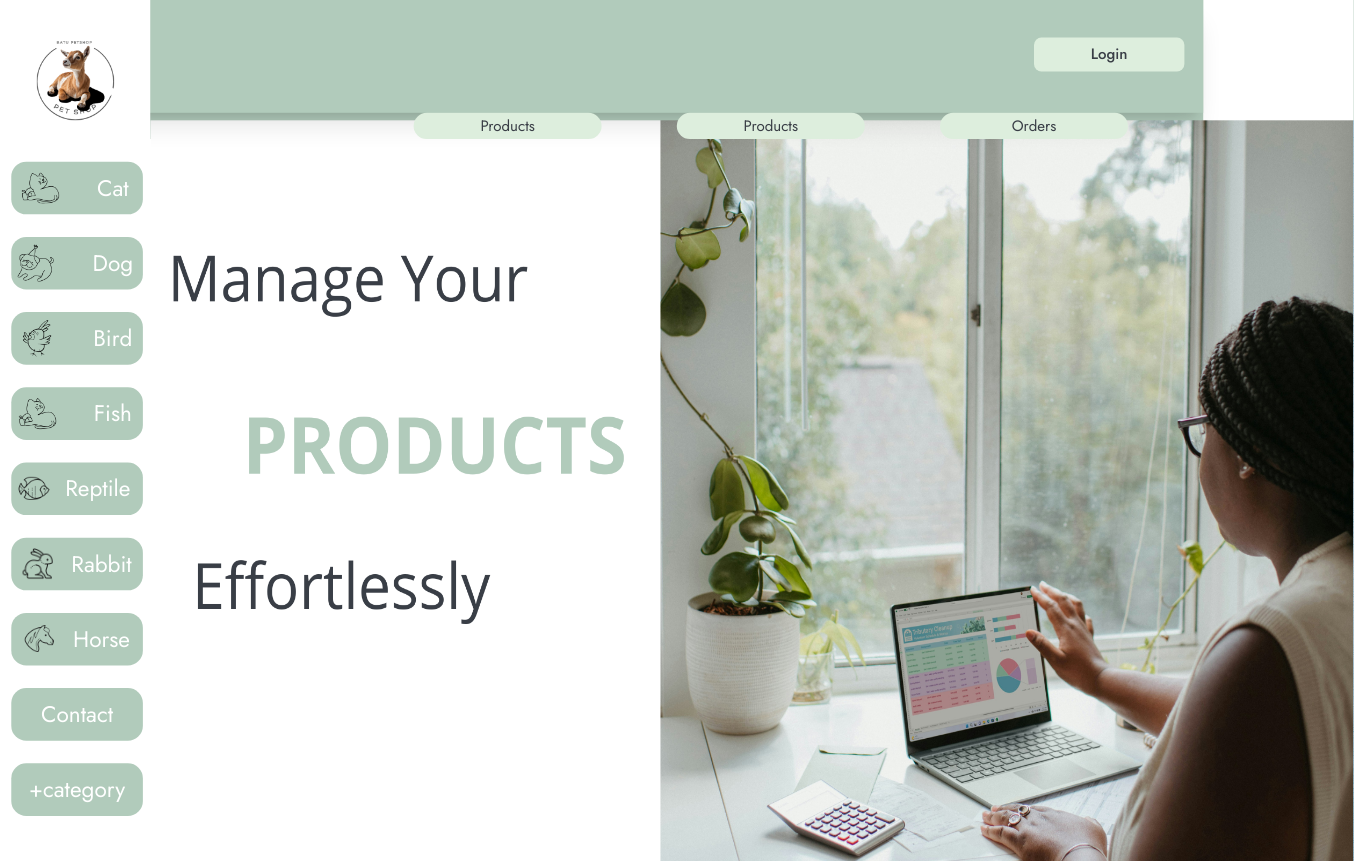
Repository: batu-call/batu-petshop
Page: /main (app in petshopp-appAdmin/admin/)
The author's editor kept a copy of each file at every save. The page is drawn from the files as they stood at one save, then again after a run of saves.
The browser window is 1280 px wide. The page is 1440 px wide, so the pictures cover 1440 px, including what lies to the right of the window. The pictures show the whole page, at 94% of full size.
The project was rebuilt for these pictures with package versions that can differ from the ones it lists, and the page was loaded fresh each time. The framework's server and built-in components were replaced by stand-ins that run in the browser. Also part of the build but not shown: petshopp-appAdmin/admin/next.config.ts.

Above is the page before, as saved 2025-09-21 01:49:22.

### petshopp-appAdmin/admin/src/app/layout.tsx
import type { Metadata } from "next";
import { Jost } from 'next/font/google';
import "./globals.css";

const jost = Jost({
  subsets: ['latin'],
  weight: ['400', '500', '700'],
});


export const metadata: Metadata = {
  title: "Batu Petshop AdminPanel",
  description: "Generated by create next app",
   icons: {
    icon: '/favicon.ico',
  },
};

export default function RootLayout({
  children,
}: Readonly<{
  children: React.ReactNode;
}>) {
  return (
    <html lang="en">
      <body
        className={`antialiased ${jost.className}`}
      >
        {children}
      </body>
    </html>
  );
}

### petshopp-appAdmin/admin/src/app/main/layout.tsx
import Main from "./controller/Main"

export default function MainLayout({ children }: { children: React.ReactNode }) {
  return <Main>{children}</Main>
}

### petshopp-appAdmin/admin/src/app/main/page.tsx
import React from 'react'
import Main from './controller/Main'


const page = () => {
  return (
    <div>
        <Main />
    </div>
  )
}

export default page

### petshopp-appAdmin/admin/src/app/globals.css
@import "tailwindcss";
@import "tw-animate-css";

@custom-variant dark (&:is(.dark *));

@layer utilities {
  .bg-primary {
    background-color: #B1CBBB;
  }
  .bg-secondary {
    background-color: #DDEEDD;
  }
  .bg-secondary_20 {
    background-color: rgba(221, 238, 221, 0.2);
  }
  .text-jost {
    font-family: 'Jost',sans-serif;
  }
  .text-color {
    color: #393E46;
  }
  .text-color2 {
    color: #B1CBBB;
  }
}

body {
  font-family: 'Jost', Arial, Helvetica, sans-serif
}

@theme inline {
  --radius-sm: calc(var(--radius) - 4px);
  --radius-md: calc(var(--radius) - 2px);
  --radius-lg: var(--radius);
  --radius-xl: calc(var(--radius) + 4px);
  --color-background: var(--background);
  --color-foreground: var(--foreground);
  --color-card: var(--card);
  --color-card-foreground: var(--card-foreground);
  --color-popover: var(--popover);
  --color-popover-foreground: var(--popover-foreground);
  --color-primary: var(--primary);
  --color-primary-foreground: var(--primary-foreground);
  --color-secondary: var(--secondary);
  --color-secondary-foreground: var(--secondary-foreground);
  --color-muted: var(--muted);
  --color-muted-foreground: var(--muted-foreground);
  --color-accent: var(--accent);
  --color-accent-foreground: var(--accent-foreground);
  --color-destructive: var(--destructive);
  --color-border: var(--border);
  --color-input: var(--input);
  --color-ring: var(--ring);
  --color-chart-1: var(--chart-1);
  --color-chart-2: var(--chart-2);
  --color-chart-3: var(--chart-3);
  --color-chart-4: var(--chart-4);
  --color-chart-5: var(--chart-5);
  --color-sidebar: var(--sidebar);
  --color-sidebar-foreground: var(--sidebar-foreground);
  --color-sidebar-primary: var(--sidebar-primary);
  --color-sidebar-primary-foreground: var(--sidebar-primary-foreground);
  --color-sidebar-accent: var(--sidebar-accent);
  --color-sidebar-accent-foreground: var(--sidebar-accent-foreground);
  --color-sidebar-border: var(--sidebar-border);
  --color-sidebar-ring: var(--sidebar-ring);
}

:root {
  --radius: 0.625rem;
  --background: oklch(1 0 0);
  --foreground: oklch(0.145 0 0);
  --card: oklch(1 0 0);
  --card-foreground: oklch(0.145 0 0);
  --popover: oklch(1 0 0);
  --popover-foreground: oklch(0.145 0 0);
  --primary: oklch(0.205 0 0);
  --primary-foreground: oklch(0.985 0 0);
  --secondary: oklch(0.97 0 0);
  --secondary-foreground: oklch(0.205 0 0);
  --muted: oklch(0.97 0 0);
  --muted-foreground: oklch(0.556 0 0);
  --accent: oklch(0.97 0 0);
  --accent-foreground: oklch(0.205 0 0);
  --destructive: oklch(0.577 0.245 27.325);
  --border: oklch(0.922 0 0);
  --input: oklch(0.922 0 0);
  --ring: oklch(0.708 0 0);
  --chart-1: oklch(0.646 0.222 41.116);
  --chart-2: oklch(0.6 0.118 184.704);
  --chart-3: oklch(0.398 0.07 227.392);
  --chart-4: oklch(0.828 0.189 84.429);
  --chart-5: oklch(0.769 0.188 70.08);
  --sidebar: oklch(0.985 0 0);
  --sidebar-foreground: oklch(0.145 0 0);
  --sidebar-primary: oklch(0.205 0 0);
  --sidebar-primary-foreground: oklch(0.985 0 0);
  --sidebar-accent: oklch(0.97 0 0);
  --sidebar-accent-foreground: oklch(0.205 0 0);
  --sidebar-border: oklch(0.922 0 0);
  --sidebar-ring: oklch(0.708 0 0);
}

.dark {
  --background: oklch(0.145 0 0);
  --foreground: oklch(0.985 0 0);
  --card: oklch(0.205 0 0);
  --card-foreground: oklch(0.985 0 0);
  --popover: oklch(0.205 0 0);
  --popover-foreground: oklch(0.985 0 0);
  --primary: oklch(0.922 0 0);
  --primary-foreground: oklch(0.205 0 0);
  --secondary: oklch(0.269 0 0);
  --secondary-foreground: oklch(0.985 0 0);
  --muted: oklch(0.269 0 0);
  --muted-foreground: oklch(0.708 0 0);
  --accent: oklch(0.269 0 0);
  --accent-foreground: oklch(0.985 0 0);
  --destructive: oklch(0.704 0.191 22.216);
  --border: oklch(1 0 0 / 10%);
  --input: oklch(1 0 0 / 15%);
  --ring: oklch(0.556 0 0);
  --chart-1: oklch(0.488 0.243 264.376);
  --chart-2: oklch(0.696 0.17 162.48);
  --chart-3: oklch(0.769 0.188 70.08);
  --chart-4: oklch(0.627 0.265 303.9);
  --chart-5: oklch(0.645 0.246 16.439);
  --sidebar: oklch(0.205 0 0);
  --sidebar-foreground: oklch(0.985 0 0);
  --sidebar-primary: oklch(0.488 0.243 264.376);
  --sidebar-primary-foreground: oklch(0.985 0 0);
  --sidebar-accent: oklch(0.269 0 0);
  --sidebar-accent-foreground: oklch(0.985 0 0);
  --sidebar-border: oklch(1 0 0 / 10%);
  --sidebar-ring: oklch(0.556 0 0);
}

@layer base {
  * {
    @apply border-border outline-ring/50;
  }
  body {
    @apply bg-background text-foreground;
  }
}

### petshopp-appAdmin/admin/src/app/main/controller/Main.tsx
import React from 'react'
import Navbar from '../../Navbar/page'
import Sidebar from '../../Sidebar/page'
import Image from 'next/image'

//1743
const Main = () => {
  return (
    <div className='w-full h-screen bg-primary'>
      {/* Navbar */}
      <Navbar />
      {/* Catgeory */}
      <Sidebar />
      <Image src={"/admin-banner3.png"} alt='admin-banner' width={1760} height={600} className='ml-40 mt-2 h-197'/>
    </div>
  )
}

export default Main

### petshopp-appAdmin/admin/src/app/Navbar/page.tsx
"use client"
import React, { useState } from 'react'
import Link from 'next/link'
import Image from 'next/image'
import { Button } from "@/components/ui/button"





const Page = () => {

  const [open, setOpen] = useState(false)

  return (
    <div>
      <div className='w-full h-30 bg-primary shadow-xl relative'>
        {/* Image */}
        <Link href={"/main"}>
      <div className='fixed'>
        <Image  src={"/logo.png"} alt='main-icon' width={500} height={500} className='flex justify-center items-center w-40 h-40'/>
      </div>
      </Link>
      {/* Image */}

      {/* Button */}
      <div className='absolute top-10 right-45'>
        <Button className='absolute cursor-pointer bg-secondary text-color w-40 text-base hover:bg-secondary'>Login</Button>
      </div>

      </div>
      <div className='flex gap-20 items-center justify-center absolute right-20'>
      {/* Buton + dropdown*/}
     <div
      className="relative inline-block"
      onMouseEnter={() => setOpen(true)}
      onMouseLeave={() => setOpen(false)}
    >
      {/* Buton */}
      <div className="w-50 h-7 rounded-xl bg-secondary flex items-center justify-center cursor-pointer">
        <h3 className="text-color text-jost">Products</h3>
      </div>

      {/* Dropdown */}
      {open && (
        <div className="absolute left-0 mt-1 w-50 bg-white shadow-lg rounded-xl z-10">
          <ul className="flex flex-col">
            <Link href="/AddProduct">
              <li>
                <a className="block px-4 py-2 hover:bg-gray-200 border-b-2 border-secondary">
                  Add Product
                </a>
              </li>
            </Link>
              <li>
                <a className="block px-4 py-2 hover:bg-gray-200 border-b-2 border-secondary">
                  All Products
                </a>
              </li>
              <li>
                <a className="block px-4 py-2 hover:bg-gray-200">Product Stats</a>
              </li>
          </ul>
        </div>
      )}
    </div>

           <div className="relative inline-block">
      {/* Buton + dropdown*/}
      <div className="group relative">
        <div className="w-50 h-7 rounded-xl bg-secondary flex items-center justify-center cursor-pointer">
          <h3 className="text-color text-jost">Products</h3>
        </div>

        {/* Dropdown */}
        <div className="absolute left-0 hidden group-hover:block mt-1 w-50 bg-white shadow-lg rounded-xl z-10">
          <ul className="flex flex-col">
            <Link href={"/AddProduct"}>
            <li>
                <a className="block px-4 py-2 hover:bg-gray-200 border-secondary border-b-2">Add Product</a>
            </li>
            </Link>
            <li>

                <a className="block px-4 py-2 hover:bg-gray-200 border-secondary border-b-2">All Products</a>

            </li>
            <li>

                <a className="block px-4 py-2 hover:bg-gray-200">Product Stats</a>

            </li>
          </ul>
        </div>
      </div>
    </div>

           <div className="relative inline-block">
      {/* Buton + dropdown*/}
      <div className="group relative">
        <div className="w-50 h-7 rounded-xl bg-secondary flex items-center justify-center cursor-pointer">
          <h3 className="text-color text-jost">Orders</h3>
        </div>

        {/* Dropdown */}
        <div className="absolute left-0 hidden group-hover:block mt-1 w-50 bg-white shadow-lg rounded-xl z-10">
          <ul className="flex flex-col">
            <li>
                <a className="block px-4 py-2 hover:bg-gray-200 border-secondary border-b-2">All Orders</a>

            </li>
            <li>

                <a className="block px-4 py-2 hover:bg-gray-200 border-secondary border-b-2">Processing Orders</a>

            </li>
            <li>

                <a className="block px-4 py-2 hover:bg-gray-200">Completed Orders</a>

            </li>
             <li>

                <a className="block px-4 py-2 hover:bg-gray-200">Order Stats</a>

            </li>
          </ul>
        </div>
      </div>
    </div>
      </div>
    </div>
  )
}

export default Page

### petshopp-appAdmin/admin/src/app/Sidebar/page.tsx
import React from 'react'
import Link from 'next/link'
import Image from 'next/image'

const page = () => {
  return (
    <div>
        <div className='w-40 h-screen bg-white fixed mt-7'>
        {/* Cat */}
        <Link href={"/Cat"}>
      <div className='bg-primary inline-block p-2 items-center mt-6 ml-3 rounded-2xl w-35'>
        <div className='flex gap-9 items-center justify-center'>
       <Image src="/cat_7721779.png" alt='cat-image'
       height={40}
       width={40}
       />
       <h2 className='text-2xl text-jost text-white p-1'>Cat</h2>
      </div>
      </div>
      </Link>
      {/* Dog */}
         <Link href={"/Dog"}>
       <div className='bg-primary inline-block p-2 items-center mt-6 ml-3 rounded-2xl w-35'>
        <div className='flex gap-9 items-center justify-center'>
       <Image src="/dog.png" alt='cat-image'
       height={40}
       width={40}
       />
       <h2 className='text-2xl text-jost text-white p-1'>Dog</h2>
      </div>
      </div>
      </Link>
      {/* BİRD */}
         <Link href={"/Bird"}>
       <div className='bg-primary inline-block p-2 items-center mt-6 ml-3 rounded-2xl w-35'>
        <div className='flex gap-9 items-center justify-center'>
       <Image src="/bird.png" alt='cat-image'
       height={40}
       width={40}
       />
       <h2 className='text-2xl text-jost text-white p-1'>Bird</h2>
      </div>
      </div>
      </Link>
      {/* FİSH */}
         <Link href={"/Fish"}>
       <div className='bg-primary inline-block p-2 items-center mt-6 ml-3 rounded-2xl w-35'>
        <div className='flex gap-9 items-center justify-center'>
       <Image src="/cat_7721779.png" alt='cat-image'
       height={40}
       width={40}
       />
       <h2 className='text-2xl text-jost text-white p-1'>Fish</h2>
      </div>
      </div>
      </Link>
      {/* Reptile */}
         <Link href={"/Reptile"}>
       <div className='bg-primary inline-block p-2 items-center mt-6 ml-3 rounded-2xl w-35'>
        <div className='flex gap-3 items-center justify-center'>
       <Image src="/fish.png" alt='cat-image'
       height={40}
       width={40}
       />
       <h2 className='text-2xl text-jost text-white mr-2'>Reptile</h2>
      </div>
      </div>
      </Link>
      {/* Rabbit */}
         <Link href={"/Rabbit"}>
       <div className='bg-primary inline-block p-2 items-center mt-6 ml-3 rounded-2xl w-35'>
        <div className='flex gap-3 items-center justify-center'>
       <Image src="/rabbit2.png" alt='cat-image'
       height={40}
       width={40}
       />
       <h2 className='text-2xl text-jost text-white p-1'>Rabbit</h2>
      </div>
      </div>
      </Link>
      {/* Horse */}
         <Link href={"/Horse"}>
       <div className='bg-primary inline-block p-2 items-center mt-6 ml-3 rounded-2xl w-35'>
        <div className='flex gap-3 items-center justify-center'>
       <Image src="/horse.png" alt='cat-image'
       height={40}
       width={40}
       />
       <h2 className='text-2xl text-jost text-white p-1'>Horse</h2>
      </div>
      </div>
      </Link>
      {/* Contact */}
         <Link href={"/Contact"}>
       <div className='bg-primary inline-block p-2 items-center mt-6 ml-3 rounded-2xl w-35'>
        <div className='flex gap-3 items-center justify-center'>
       <h2 className='text-2xl text-jost text-white p-1'>Contact</h2>
      </div>
      </div>
      </Link>
      {/* +category */}
       <div className='bg-primary inline-block p-2 items-center mt-6 ml-3 rounded-2xl w-35'>
        <div className='flex gap-3 items-center justify-center'>
       <h2 className='text-2xl text-jost text-white p-1'>+category</h2>
      </div>
      </div>
    </div>
    </div>
  )
}

export default page

### petshopp-appAdmin/admin/src/components/ui/button.tsx
import * as React from "react"
import { Slot } from "@radix-ui/react-slot"
import { cva, type VariantProps } from "class-variance-authority"

import { cn } from "@/lib/utils"

const buttonVariants = cva(
  "inline-flex items-center justify-center gap-2 whitespace-nowrap rounded-md text-sm font-medium transition-all disabled:pointer-events-none disabled:opacity-50 [&_svg]:pointer-events-none [&_svg:not([class*='size-'])]:size-4 shrink-0 [&_svg]:shrink-0 outline-none focus-visible:border-ring focus-visible:ring-ring/50 focus-visible:ring-[3px] aria-invalid:ring-destructive/20 dark:aria-invalid:ring-destructive/40 aria-invalid:border-destructive",
  {
    variants: {
      variant: {
        default: "bg-primary text-primary-foreground hover:bg-primary/90",
        destructive:
          "bg-destructive text-white hover:bg-destructive/90 focus-visible:ring-destructive/20 dark:focus-visible:ring-destructive/40 dark:bg-destructive/60",
        outline:
          "border bg-background shadow-xs hover:bg-accent hover:text-accent-foreground dark:bg-input/30 dark:border-input dark:hover:bg-input/50",
        secondary:
          "bg-secondary text-secondary-foreground hover:bg-secondary/80",
        ghost:
          "hover:bg-accent hover:text-accent-foreground dark:hover:bg-accent/50",
        link: "text-primary underline-offset-4 hover:underline",
      },
      size: {
        default: "h-9 px-4 py-2 has-[>svg]:px-3",
        sm: "h-8 rounded-md gap-1.5 px-3 has-[>svg]:px-2.5",
        lg: "h-10 rounded-md px-6 has-[>svg]:px-4",
        icon: "size-9",
      },
    },
    defaultVariants: {
      variant: "default",
      size: "default",
    },
  }
)

function Button({
  className,
  variant,
  size,
  asChild = false,
  ...props
}: React.ComponentProps<"button"> &
  VariantProps<typeof buttonVariants> & {
    asChild?: boolean
  }) {
  const Comp = asChild ? Slot : "button"

  return (
    <Comp
      data-slot="button"
      className={cn(buttonVariants({ variant, size, className }))}
      {...props}
    />
  )
}

export { Button, buttonVariants }

Loaded but not shown: petshopp-appAdmin/admin/src/lib/utils.ts (common file)

After the next 2 saves:
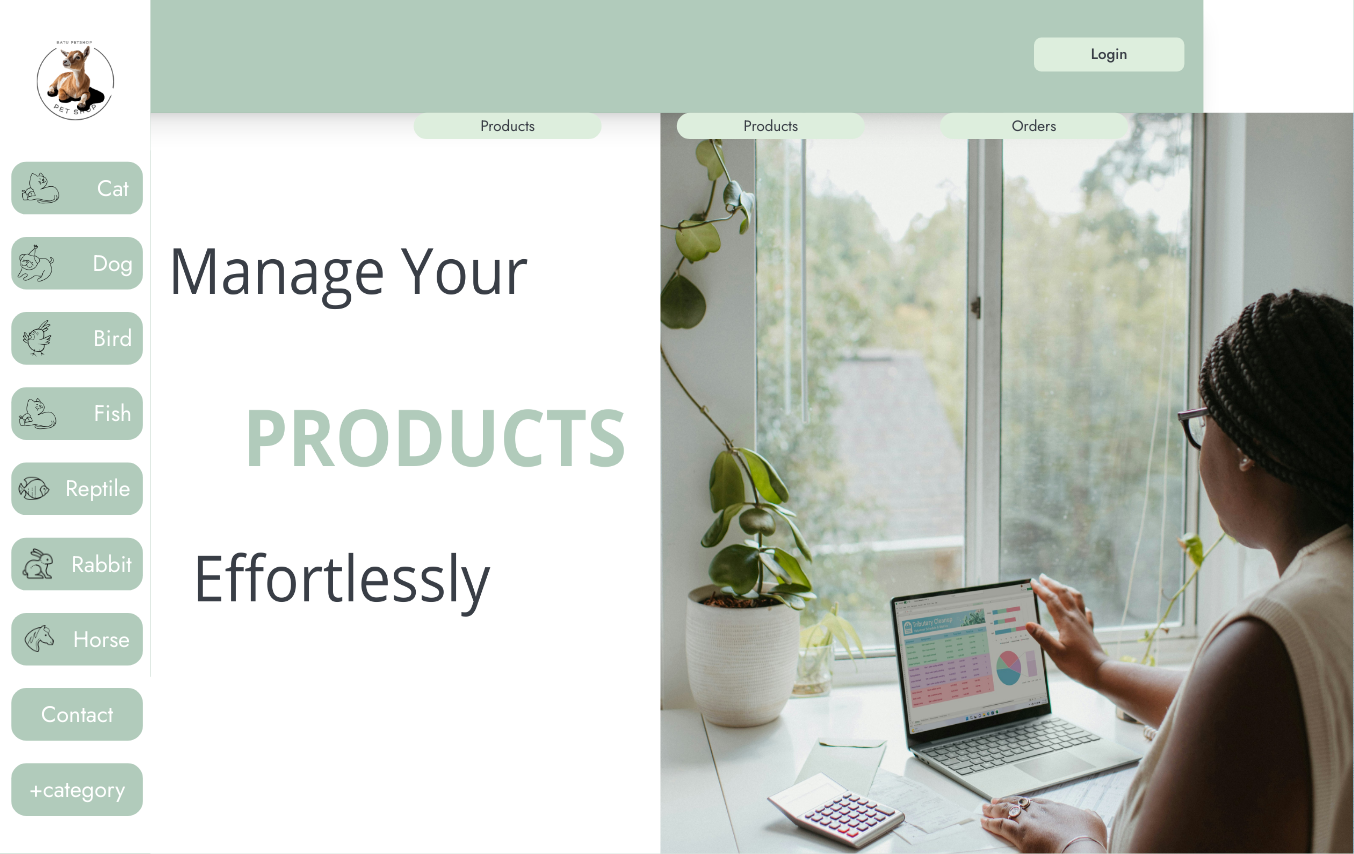
The 2 saves are shown as one change because they came seconds apart.
The last was saved 7 s later.
--- a/petshopp-appAdmin/admin/src/app/main/controller/Main.tsx
+++ b/petshopp-appAdmin/admin/src/app/main/controller/Main.tsx
@@ -11,7 +11,7 @@ const Main = () => {
       <Navbar />
       {/* Catgeory */}
       <Sidebar />
-      <Image src={"/admin-banner3.png"} alt='admin-banner' width={1760} height={600} className='ml-40 mt-2 h-197'/>
+      <Image src={"/admin-banner3.png"} alt='admin-banner' width={1760} height={600} className='ml-40 h-197'/>
     </div>
   )
 }
